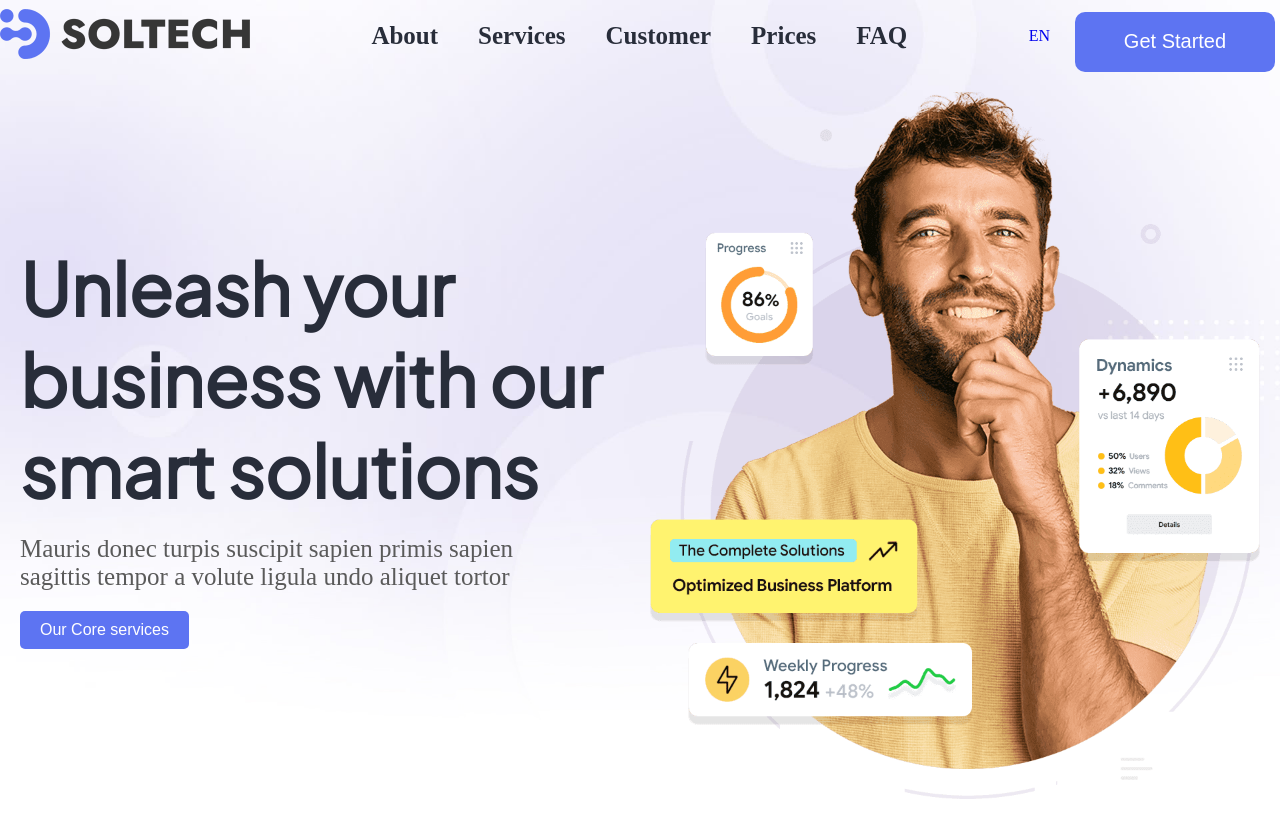
Repository: md-rabbi-hossain/Soltech-html
Page: index.html
These files come from the project's save history. The page is drawn as it stood at one moment and after the next save; the edit follows.
The browser window is 1280 px wide. The pictures show the whole page.

Above is the page before, as saved 2025-01-08 14:35:58.

After the next save:
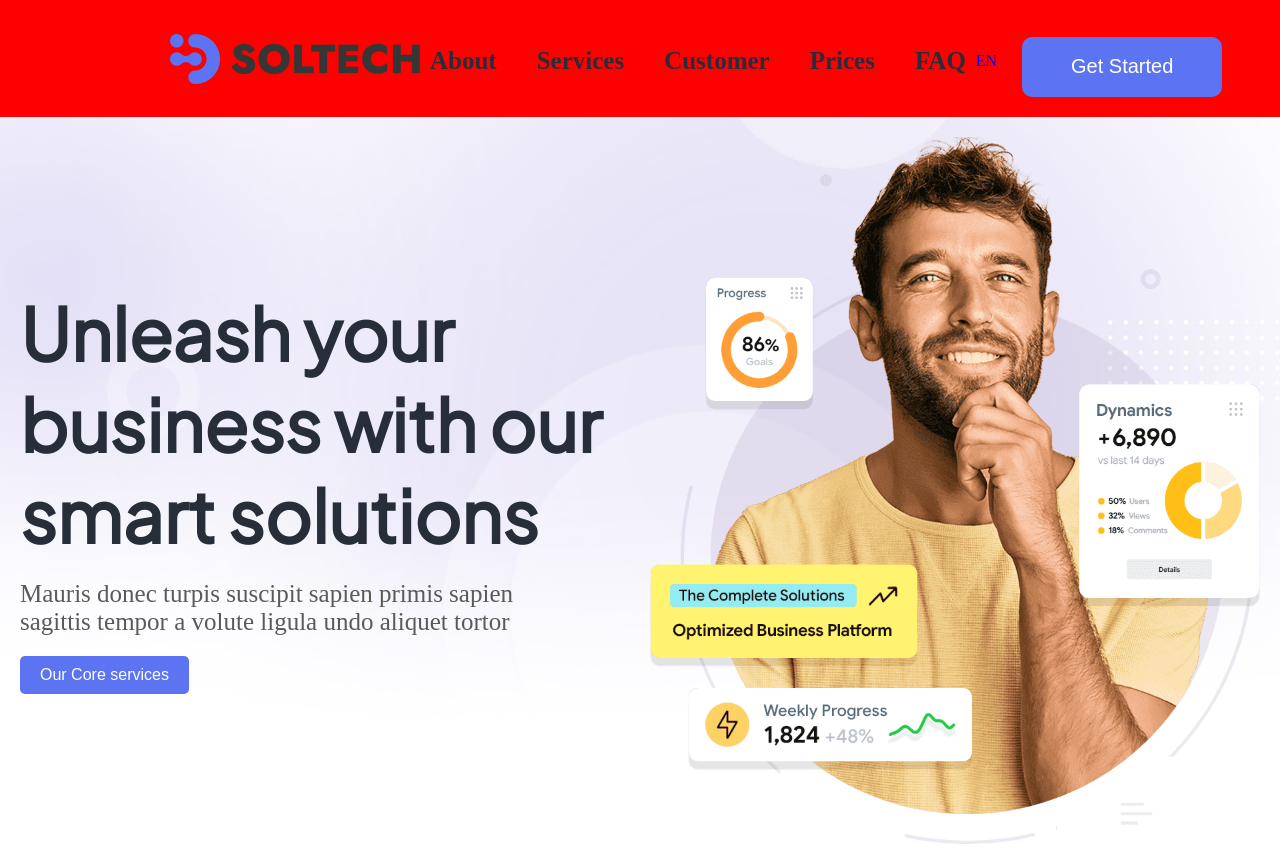
Saved 8 min 28 s later.
--- a/Css/style.css
+++ b/Css/style.css
@@ -48,6 +48,11 @@ nav {
   display: flex;
   justify-content: space-between;
   align-items: center;
+  padding-left: 170px;
+  padding-right: 150px;
+  padding-top: 25px;
+  padding-bottom: 20px;
+  background-color: red;
 }
 
 .logo img {
